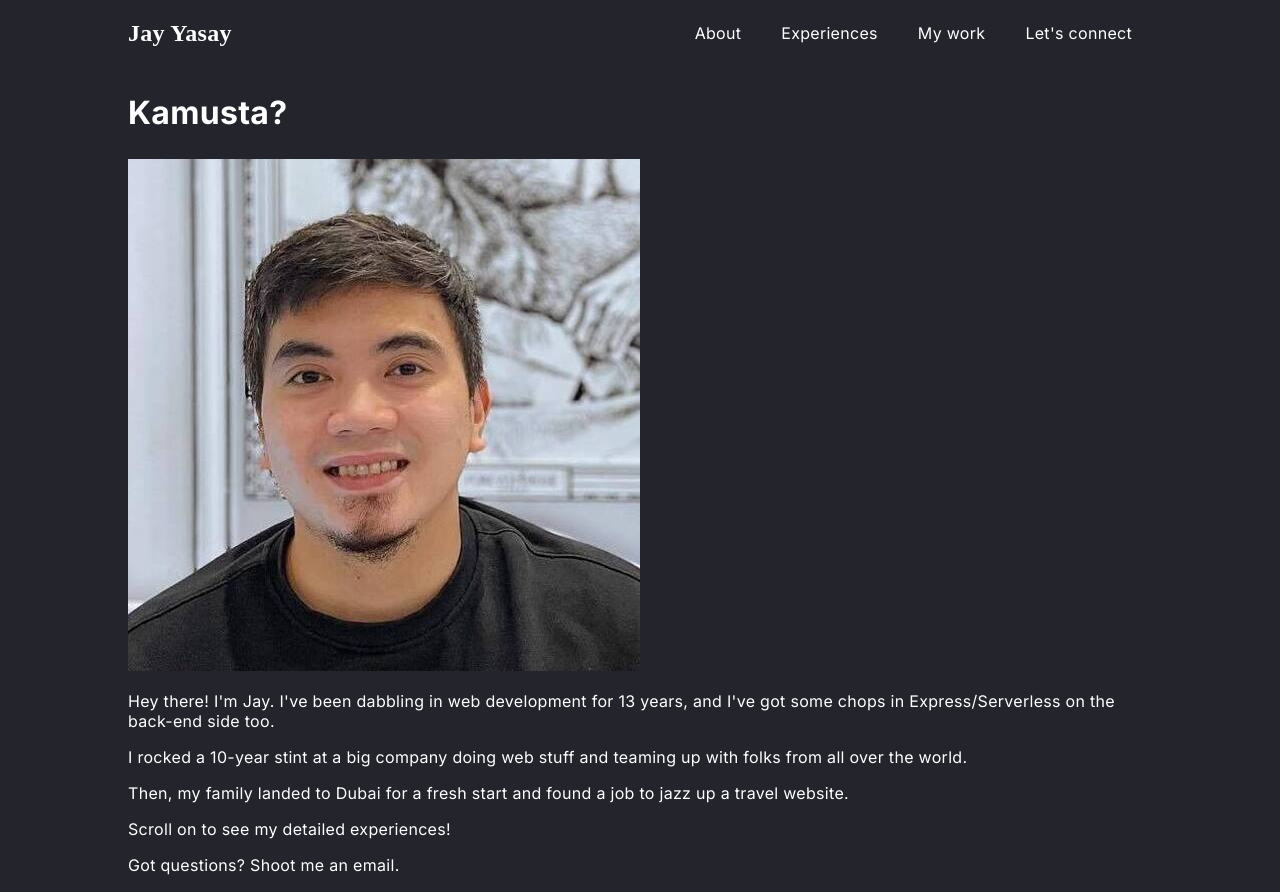
Repository: jayyasay/portfolio
Page: /about
An editor plug-in stored every save of this project. The page is shown before and after a run of saves, followed by the edit.
The browser window is 1280 px wide. The pictures show the whole page.
Some web fonts or font styles are not loaded; a fallback is used. The project was rebuilt for these pictures with package versions that can differ from the ones it lists, and the page was loaded fresh each time. Also part of the build but not shown: src/App.css, src/pages/Home.js.

Above is the page before, as saved 2023-09-20 10:36:41.

After the next 2 saves:
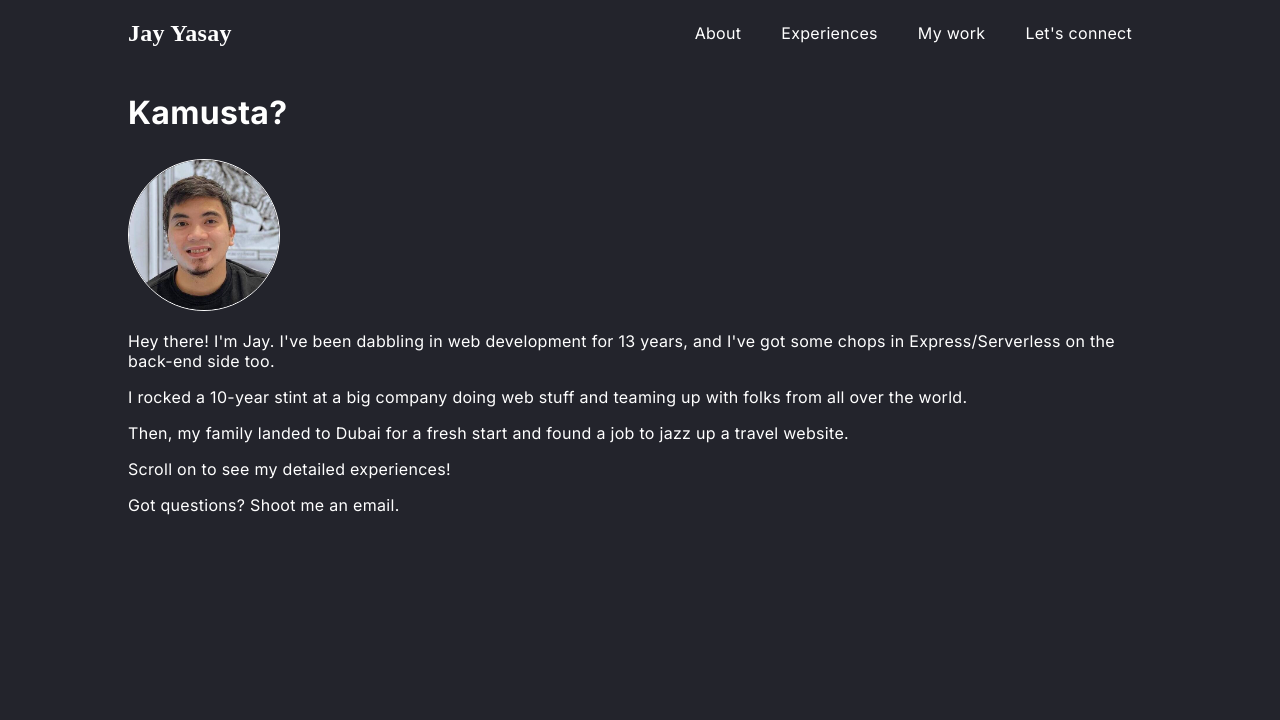
The 2 saves are shown as one change because they came seconds apart.
The last was saved 111 s later.
--- a/src/pages/About.js
+++ b/src/pages/About.js
@@ -8,12 +8,20 @@
   }
 `;
 
+const MyPhoto = styled.img`
+    width: 150px;
+    height: 150px;
+    border-radius: 50%;
+    border: 1px solid #fff;
+    object-fit: cover;
+`
+
 const Home = () => {
   return (
     <>
       <AboutWrapper>
         <h2>Kamusta?</h2>
-        <img src={jay} alt="Jay" />
+        <MyPhoto src={jay} alt="Jay" />
         <p>
             Hey there! I'm Jay. I've been dabbling in web development for 13 years, and I've got some chops in Express/Serverless on the back-end side too.
         </p>
